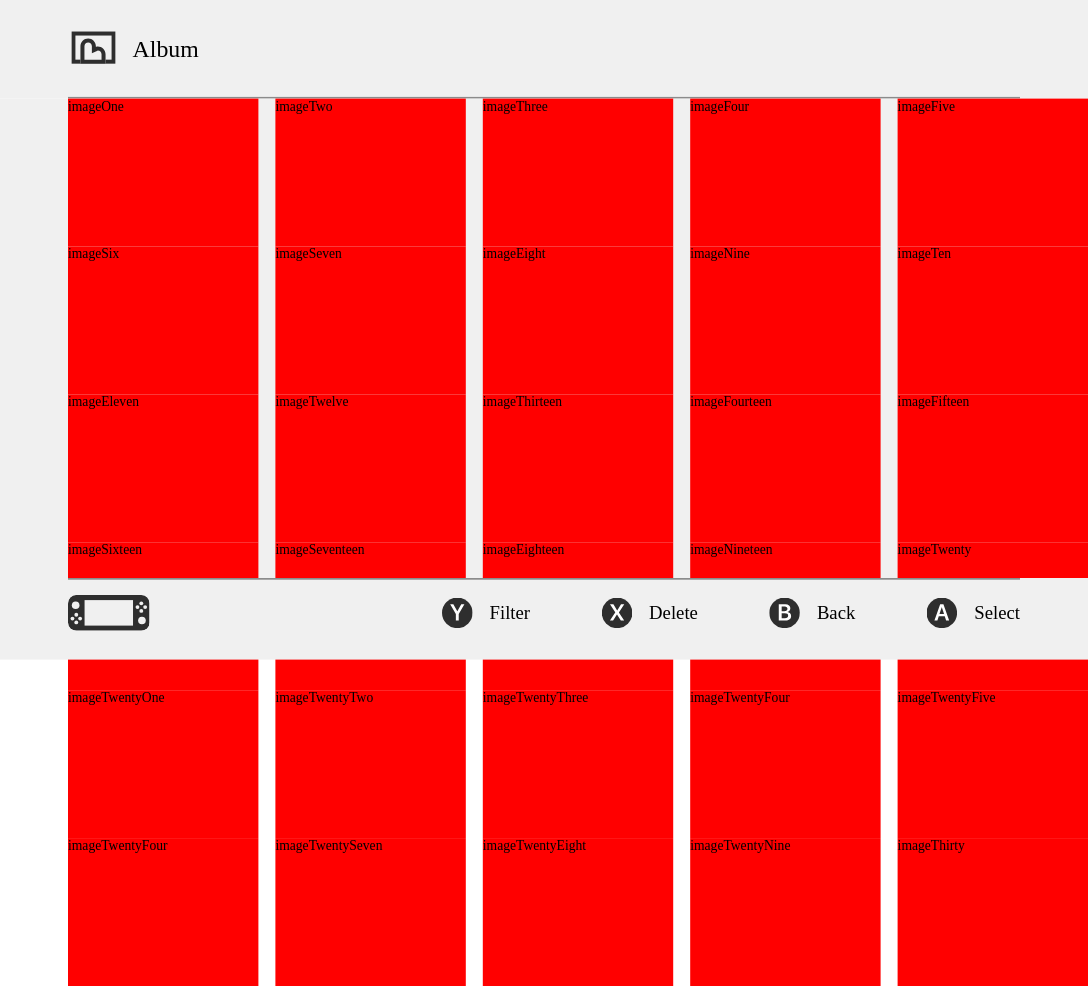
Repository: danielj1415/nintendoSwitchUI2
Page: /album
These files come from the project's save history. The page is drawn as it stood at one moment and after the next save; the edit follows.
The browser window is 1280 px wide. The pictures show the whole page, at 85% of full size.
The project was rebuilt for these pictures with package versions that can differ from the ones it lists, and the page was loaded fresh each time. Also part of the build but not shown: vite.config.js, src/ScreenHome.jsx, src/ScreenSettings.jsx.

Above is the page before, as saved 2024-10-16 11:12:52.

After the next save:
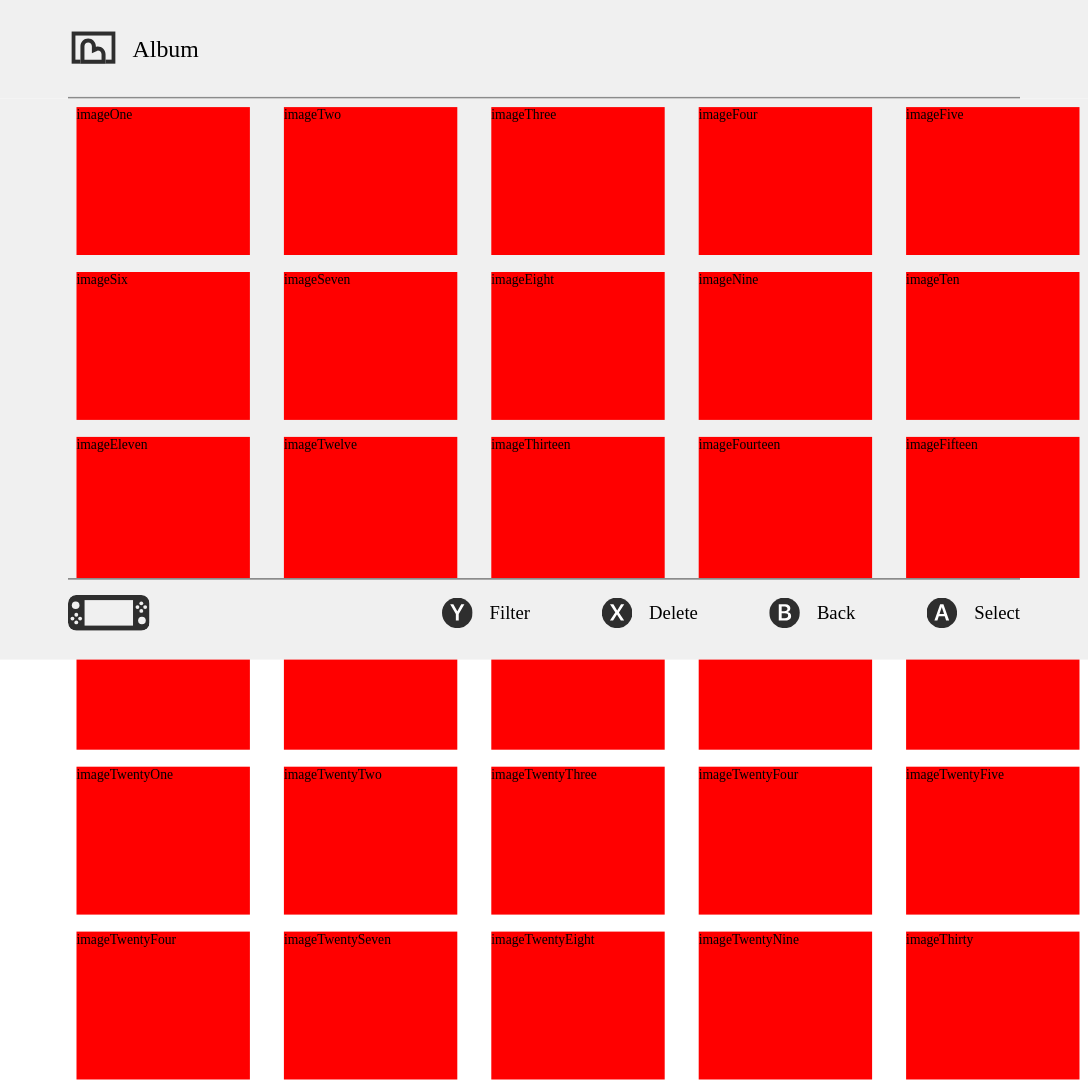
Saved 4 s later.
--- a/src/ScreenAlbum.css
+++ b/src/ScreenAlbum.css
@@ -63,7 +63,7 @@
     width: 312px;
     height: 174px;
     background-color: red;
-    gap: 20px;
+    margin: 10px;
 }
 
 @media (max-height: 800px) and (min-height: 700px) {
